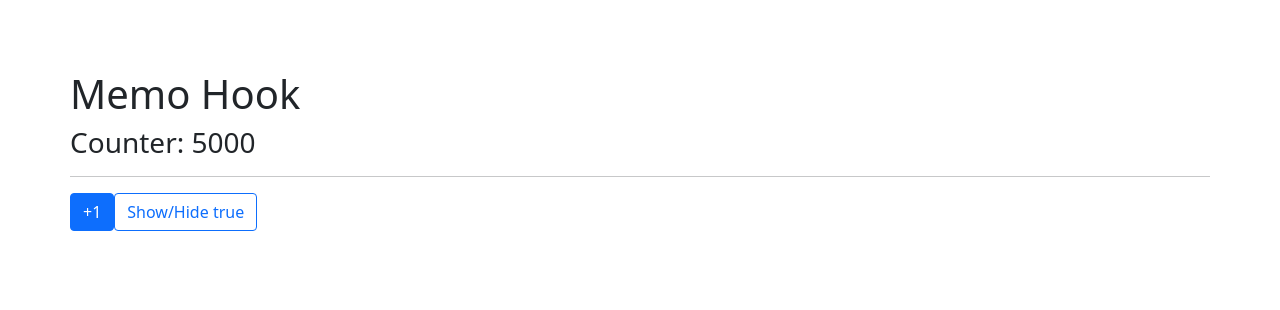
Repository: ppfeliuu/hooks-app
Page: /
The author's editor kept a copy of each file at every save. The page is drawn from the files as they stood at one save, then again after the next save.
The browser window is 1280 px wide. The pictures show the whole page.
The project was rebuilt for these pictures with package versions that can differ from the ones it lists, and the page was loaded fresh each time.

Above is the page before, as saved 2021-05-29 23:22:30.

### public/index.html
<!DOCTYPE html>
<html lang="en">
  <head>
    <meta charset="utf-8" />
    <link rel="icon" href="%PUBLIC_URL%/favicon.ico" />
    <meta name="viewport" content="width=device-width, initial-scale=1" />
    <meta name="theme-color" content="#000000" />
    <meta
      name="description"
      content="Web site created using create-react-app"
    />
    <link rel="apple-touch-icon" href="%PUBLIC_URL%/logo192.png" />
    <!--
      manifest.json provides metadata used when your web app is installed on a
      user's mobile device or desktop. See https://developers.google.com/web/fundamentals/web-app-manifest/
    -->
    <link rel="manifest" href="%PUBLIC_URL%/manifest.json" />
    <!--
      Notice the use of %PUBLIC_URL% in the tags above.
      It will be replaced with the URL of the `public` folder during the build.
      Only files inside the `public` folder can be referenced from the HTML.

      Unlike "/favicon.ico" or "favicon.ico", "%PUBLIC_URL%/favicon.ico" will
      work correctly both with client-side routing and a non-root public URL.
      Learn how to configure a non-root public URL by running `npm run build`.
    -->
    <link
      href="https://cdn.jsdelivr.net/npm/bootstrap@5.0.1/dist/css/bootstrap.min.css"
      rel="stylesheet"
      integrity="sha384-+0n0xVW2eSR5OomGNYDnhzAbDsOXxcvSN1TPprVMTNDbiYZCxYbOOl7+AMvyTG2x"
      crossorigin="anonymous"
    />
    <title>Hooks App</title>
  </head>
  <body>
    <noscript>You need to enable JavaScript to run this app.</noscript>
    <div id="root"></div>
    <!--
      This HTML file is a template.
      If you open it directly in the browser, you will see an empty page.

      You can add webfonts, meta tags, or analytics to this file.
      The build step will place the bundled scripts into the <body> tag.

      To begin the development, run `npm start` or `yarn start`.
      To create a production bundle, use `npm run build` or `yarn build`.
    -->
  </body>
</html>

### src/index.js
import React from "react";
import ReactDOM from "react-dom";
import { MemoHook } from "./components/06-memos/MemoHooks";
// import { CounterApp } from "./components/01-useState/CounterApp";
// import { CounterWithCustomHook } from "./components/01-useState/CounterWithCustomHook";
// import { FormWithCustomHook } from "./components/02-useEffect/FormWithCustomHook";
// import { SimpleForm } from "./components/02-useEffect/SimpleForm";
// import { FocusScreen } from "./components/04-useRef/FocusScreen";
// import { RealExampleRef } from "./components/04-useRef/RealExampleRef";
// import { LayoutEffects } from "./components/05-useLayoutEffect/LayoutEffect";
// import { MultipleCustomHooks } from "./components/examples/MultipleCustomHooks";
// import { HookApp } from "./HookApp";
// import { Memorize } from "./components/06-memos/Memorize";

ReactDOM.render(<MemoHook />, document.getElementById("root"));

### src/components/06-memos/MemoHooks.js
import React, { useState } from "react";
import { useCounter } from "../../hooks/useCounter";
import "../02-useEffect/effects.css";

export const MemoHook = () => {
  const { counter, increment } = useCounter(5000);
  const [show, setShow] = useState(true);

  const procesoPesado = (interacciones) => {
    for (let index = 0; index < interacciones; index++) {
      console.log("Vamos");
    }

    return `${interacciones} interacciones realizadas`;
  };

  return (
    <div>
      <h1>Memo Hook</h1>
      <h3>Counter: {counter}</h3>
      <hr />

      <button className="btn btn-primary mr-3" onClick={increment}>
        +1
      </button>

      <button
        className="btn btn-outline-primary ml-3"
        onClick={() => setShow(!show)}
      >
        Show/Hide {JSON.stringify(show)}
      </button>
    </div>
  );
};

### src/hooks/useCounter.js
import { useState } from "react";

export const useCounter = (initialState = 1) => {
  const [counter, setCounter] = useState(initialState);

  const increment = () => {
    setCounter(counter + 1);
  };

  const decrement = () => {
    setCounter(counter - 1);
  };

  const reset = () => {
    setCounter(initialState);
  };

  return {
    counter,
    increment,
    decrement,
    reset,
  };
};

Loaded but not shown: src/components/02-useEffect/effects.css (common file)

After the next save:
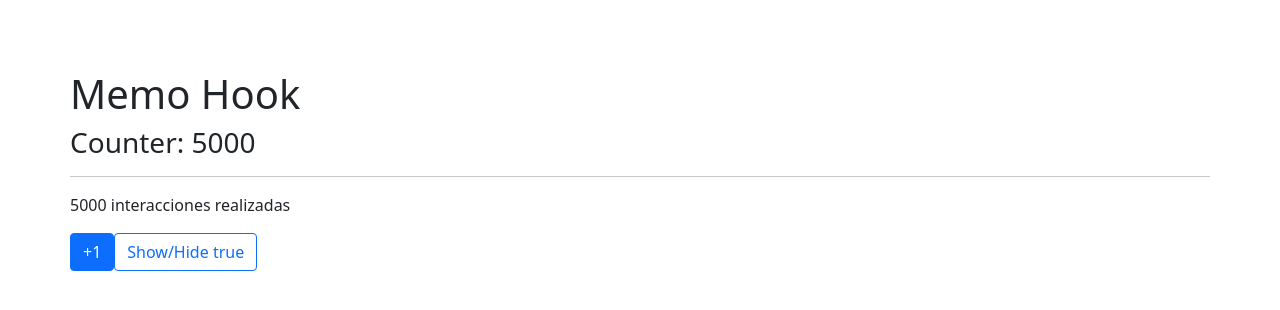
Saved 42 s later.
--- a/src/components/06-memos/MemoHooks.js
+++ b/src/components/06-memos/MemoHooks.js
@@ -20,6 +20,8 @@ export const MemoHook = () => {
       <h3>Counter: {counter}</h3>
       <hr />
 
+      <p>{procesoPesado(counter)}</p>
+
       <button className="btn btn-primary mr-3" onClick={increment}>
         +1
       </button>
